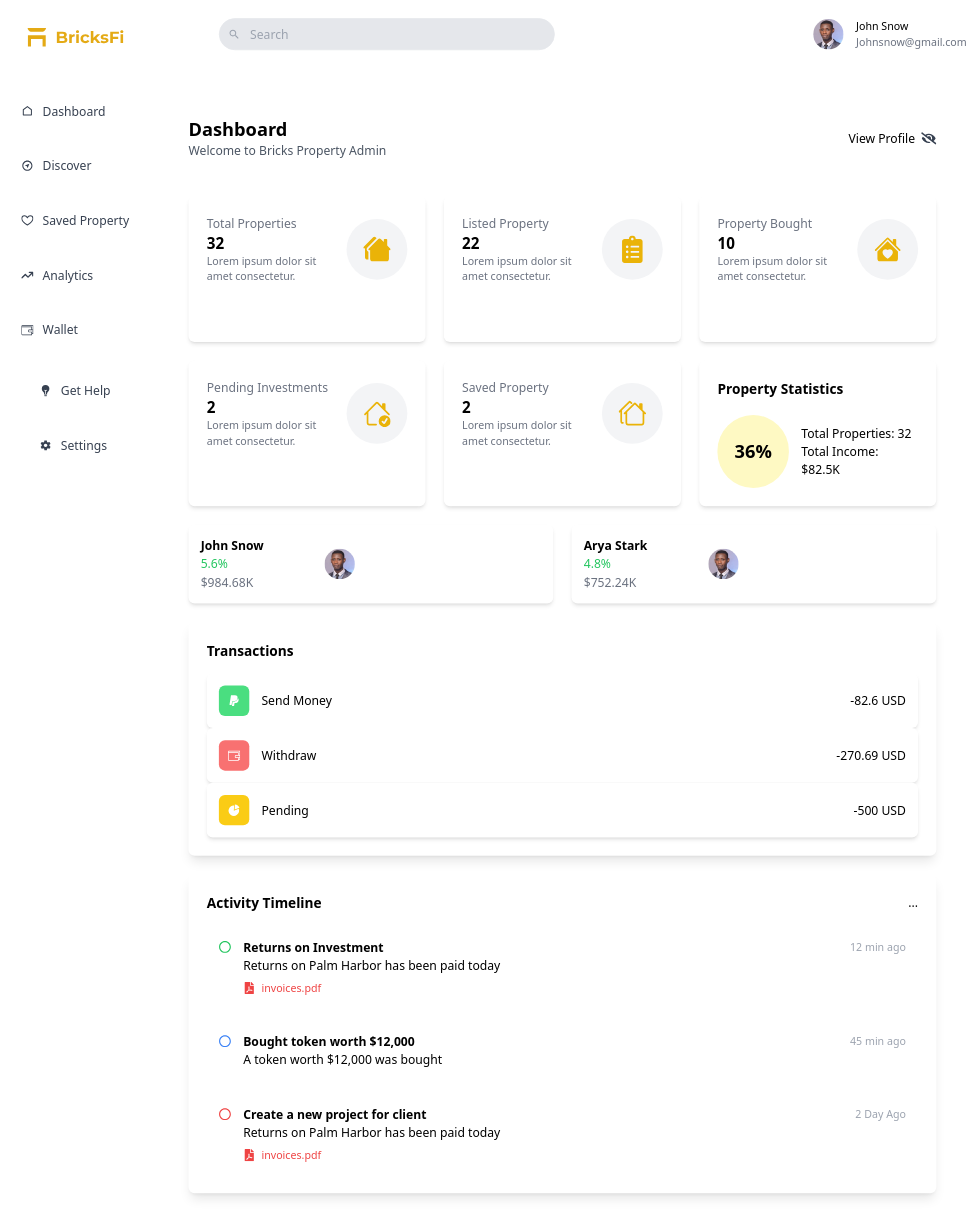
Repository: AyomideAkintade/BricksFi-Frontend
Page: /dashboard (app in client/)
The author's editor kept a copy of each file at every save. The page is drawn from the files as they stood at one save, then again after a run of saves.
The browser window is 1280 px wide. The pictures show the whole page, at 76% of full size.
The page's requests for data from a server got no answer. The project was rebuilt for these pictures with package versions that can differ from the ones it lists, and the page was loaded fresh each time. No one was signed in, and anything a server would have sent is missing. Also part of the build but not shown: client/src/components/navbar.jsx, client/src/components/home.jsx, client/src/components/homeSecond.jsx, client/src/components/homeThird.jsx, client/src/components/homeFifth.jsx, client/src/components/homeSixth.jsx, client/src/components/homeSeventh.jsx, client/src/api/base.js and 11 more.

Above is the page before, as saved 2024-10-04 23:13:29.

### client/src/index.css
@import "tailwindcss/base";
@import "tailwindcss/components";
@import "tailwindcss/utilities";


@font-face {
  font-family: Poppins;
  src: url(/src/assets/fonts/Poppins-Regular.ttf) format("truetype"), url(/src/assets/fonts/Poppins-Bold.ttf) format("truetype"), url(/src/assets/fonts/Poppins-Medium.ttf) format("truetype");

}

### client/src/pages/dashboardLayout.jsx
import React from 'react';
import Sidebar from '../components/sidebar';
import Header from '../components/header';
import { Outlet } from 'react-router-dom';

const DashboardLayout = () => {
  return (
    <div className="flex">
      {/* Sidebar */}
      <Sidebar />

      <div className="flex-1 ml-[200px]">
        {/* Header */}
        <Header />

        <div className="p-6 pt-10">
          {/* Outlet will render the child routes here */}
          <Outlet />
        </div>
      </div>
    </div>
  );
};

export default DashboardLayout;

### client/src/pages/dashboard.jsx
import React from 'react';
import DashboardStats from '../components/statCard';
import TopInvestors from '../components/investorCard';
import Transactions from '../components/transaction';
import ActivityTimeline from '../components/activity';
import { FaEyeSlash } from 'react-icons/fa'; // Make sure to import the icon

const Dashboard = () => {
  return (
    <div className="flex flex-col">
      <div className="flex justify-between p-6">
        <div>
          <h2 className="text-2xl font-semibold">Dashboard</h2>
          <p className="text-gray-600">Welcome to Bricks Property Admin</p>
        </div>
        <div className="flex items-center space-x-2">
          <span>View Profile</span>
          <FaEyeSlash className="text-gray-700 text-xl" />
        </div>
      </div>
      <div className="p-6">
        {/* Dashboard Stats */}
        <DashboardStats />

        {/* Top Investors and Property Stats */}
        <div className=" mt-6">
          <TopInvestors />

        </div>

        {/* Transactions Section */}
        <div className="mt-6">
          <Transactions />
        </div>

        {/* Activity Timeline */}
        <div className="mt-6">
          <ActivityTimeline />
        </div>
      </div>
    </div>
  );
};

export default Dashboard;

### client/src/utils/storage/cookies.js

// eslint-disable-next-line no-unused-vars
class BrCookies {

    constructor(document) {
        this.document = document || (typeof document !== "undefined" ? document : null);
    }

    /**
     *
     * @param {Array<CookieData>} dataList
     */

    saveCookies(dataList){

        if (!Array.isArray(dataList)) {
            throw new Error("Data list must be an array.");
        }

        for (const data of dataList) {
            if (!(data instanceof CookieData)) {
                throw new Error("Invalid cookie data format.");
            }

            // save each cookie
            let cookieValue = `${data.name}=${data.value}; expires=${data.expiryDate.toUTCString()}; path=/`;

            // Set SameSite=None if running on localhost
            if (window.location.hostname !== 'localhost') {

                cookieValue += '; SameSite=Strict; Secure'
            }

            this.document.cookie = cookieValue;
        }
    }

    async getCookie(name) {
        return new Promise((resolve, reject) => {
          const cookies = this.document.cookie.split('; ');
          for (const cookie of cookies) {
            const [cookieName, cookieValue] = cookie.split('=');
            if (cookieName === name) {
              resolve(cookieValue);
              return;
            }
          }
          reject(new Error(`Cookie with name ${name} not found.`));
        });
    }

    removeCookie(name) {
        this.document.cookie = name + "=;Path=/;expires=Thu, 01 Jan 1970 00:00:00 GMT";
    }

    removeAllCookies() {
        const cookies = this.document.cookie.split(";");
        for (var i = 0; i < cookies.length; i++) {
            const cookie = cookies[i];
            const eqPos = cookie.indexOf("=");
            const name = eqPos > -1 ? cookie.substr(0, eqPos) : cookie;
            document.cookie = name + "=;Path=/;expires=Thu, 01 Jan 1970 00:00:00 GMT";
        }
    }
}


class CookieData {
    constructor(name, value, expiryDate) {

        if (typeof name !== "string" || typeof value !== "string" || !(expiryDate instanceof Date) || name.length === 0) {
            throw new Error("Invalid CookieData format.");
        }

        this.name = name;
        this.value = value;
        this.expiryDate = expiryDate;
    }
}

function createCookieDate(timeInSec) {

    const timeInDays = timeInSec / (3600 * 24);

    const currentDate = new Date();

    const futureDate = new Date();
    futureDate.setDate(currentDate.getDate() + timeInDays);


    return futureDate
}


export { BrCookies, CookieData, createCookieDate };

### client/src/components/sidebar.jsx
import React from 'react';
import { Link } from 'react-router-dom';
import { RiHomeLine } from "react-icons/ri";
import { RiCompassDiscoverLine } from "react-icons/ri";
import { GrFavorite } from "react-icons/gr";
import { FaArrowTrendUp } from "react-icons/fa6";
import { TfiWallet } from "react-icons/tfi";
import { IoBulbSharp } from "react-icons/io5";
import { IoMdSettings } from "react-icons/io";
import BricksFi from "../assets/bricksfi.svg"

const Sidebar = () => {
  return (
    <aside className="bg-white h-screen w-[15%] fixed p-3 min-w-[200px]">
      <div className="p-6">
        <img
        src={BricksFi}
        alt='BricksFi'
        className='w-full'
        />
      </div>
      <nav className="mt-8">
        <ul className="space-y-4">
          <li className="p-4 hover:bg-yellow-100">
            <Link to="/dashboard" className="flex items-center text-gray-700">
              <RiHomeLine className="mr-3" /> Dashboard
            </Link>
          </li>
          <li className="p-4 hover:bg-yellow-100">
            <Link to="/dashboard/discover" className="flex items-center text-gray-700">
              <RiCompassDiscoverLine className="mr-3" /> Discover
            </Link>
          </li>
          <li className="p-4 hover:bg-yellow-100">
            <Link to="/dashboard/saved-property" className="flex items-center text-gray-700">
              <GrFavorite className="mr-3" /> Saved Property
            </Link>
          </li>
          <li className="p-4 hover:bg-yellow-100">
            <Link to="/dashboard/analytics" className="flex items-center text-gray-700">
              <FaArrowTrendUp className="mr-3" /> Analytics
            </Link>
          </li>
          <li className="p-4 hover:bg-yellow-100">
            <Link to="/dashboard/wallet" className="flex items-center text-gray-700">
              <TfiWallet className="mr-3" /> Wallet
            </Link>
          </li>
        </ul>
      </nav>
      <div className="mt-auto p-6">
        <ul className="space-y-4">
          <li className="p-4 hover:bg-yellow-100">
            <Link to="/" className="flex items-center text-gray-700">
              <IoBulbSharp className="mr-3" /> Get Help
            </Link>
          </li>
          <li className="p-4 hover:bg-yellow-100">
            <Link to="/" className="flex items-center text-gray-700">
              <IoMdSettings className="mr-3" /> Settings
            </Link>
          </li>
        </ul>
      </div>
    </aside>
  );
};

export default Sidebar;

### client/src/components/header.jsx
import React from 'react';
import COCO from "../assets/clem.jpeg"
import { IoMdSearch } from "react-icons/io";
import { IoNotificationsOutline } from "react-icons/io5";

const Header = () => {
  return (
    <div className="flex gap-10 justify-between items-center p-6 bg-white sticky top-0 z-50 px-6" >
      {/* style={{boxShadow: "1px 1px 20px -8px #0000001A"}} */}
      <div className='px-16 w-full'>
      <div className="relative w-2/3">
        <input
          type="text"
          placeholder="Search"
          className="p-2 pl-10 w-full border rounded-full bg-gray-200 text-black focus:outline-none"
        />
        <IoMdSearch className="absolute left-3 top-1/2 transform -translate-y-1/2 text-gray-400" />
      </div>
      </div>
      <div className="flex items-center space-x-4 ">
        <IoNotificationsOutline className="text-gray-700 text-2xl" />
        <img
          src={COCO}
          alt="profile"
          className="rounded-full h-10 w-10"
        />
        <div className="">
          <span className="block text-sm font-medium">John Snow</span>
          <span className="block text-sm text-gray-500">Johnsnow@gmail.com</span>
        </div>
      </div>
    </div>
  );
};

export default Header;

### client/src/components/statCard.jsx
import { BsFillHousesFill, BsHouseCheck, BsFillHouseHeartFill, BsHouses } from "react-icons/bs";
import { FaClipboardList } from "react-icons/fa";
import PropertyStatistics from '../components/propertyStatistic';


const StatCard = ({ title, value, icon, paragraph }) => {
    return (
        <div className="bg-white shadow-md rounded-lg p-6 h-48 flex flex-col justify-between">
            <div className="flex items-center space-x-4">
                <div className="flex-1">
                    <h3 className="text-gray-500">{title}</h3>
                    <h2 className="text-xl font-semibold">{value}</h2>
                    <p className="text-md text-gray-500 text-sm">{paragraph}</p>
                </div>
                <div className="flex items-center justify-center w-20 h-20 bg-gray-100 rounded-full text-yellow-500 text-4xl">
                    {icon}
                </div>
            </div>
        </div>
    );
};


const DashboardStats = () => {
    return (
        <div className="grid grid-cols-1 md:grid-cols-3 gap-6">
            <StatCard
                title="Total Properties"
                value="32"
                paragraph="Lorem ipsum dolor sit amet consectetur."
                icon={<BsFillHousesFill />}
            />
            <StatCard
                title="Listed Property"
                value="22"
                paragraph="Lorem ipsum dolor sit amet consectetur."
                icon={<FaClipboardList />}
            />
            <StatCard
                title="Property Bought"
                value="10"
                paragraph="Lorem ipsum dolor sit amet consectetur."
                icon={<BsFillHouseHeartFill />}
            />
            <StatCard
                title="Pending Investments"
                value="2"
                paragraph="Lorem ipsum dolor sit amet consectetur."
                icon={<BsHouseCheck />}
            />
             <StatCard
                title="Saved Property"
                value="2"
                paragraph="Lorem ipsum dolor sit amet consectetur."
                icon={<BsHouses />}
            />


                <PropertyStatistics />

        </div>
    );
};

export default DashboardStats;

### client/src/components/investorCard.jsx
import Clem from "../assets/clem.jpeg";


const InvestorCard = ({ name, investment, profit }) => {
    return (
      <div className="flex items-center p-4 bg-white shadow-md rounded-lg">

        <div>
          <h3 className="font-semibold">{name}</h3>
          <p className="text-green-500"> {profit}</p>
          <p className="text-gray-500"> {investment}</p>
        </div>

        <img
          src={Clem}
          alt={name}
          className="rounded-full h-10 w-10 ml-20"
        />
      </div>
    );
  };

  const TopInvestors = () => {
    return (
      <>
        {/* <h2 className="text-lg font-semibold mb-4">Top Investors</h2> */}
        <div className="grid grid-cols-1 md:grid-cols-2 gap-6">
          <InvestorCard name="John Snow" investment="$984.68K" profit="5.6%" />
          <InvestorCard name="Arya Stark" investment="$752.24K" profit="4.8%" />
        </div>
      </>
    );
  };

  export default TopInvestors;

### client/src/components/transaction.jsx
import { FaPaypal } from "react-icons/fa6";
import { TfiWallet } from "react-icons/tfi";
import { GiPieChart } from "react-icons/gi";

const TransactionItem = ({ icon, description, amount, bgColor }) => {
    return (
        <div className="flex justify-between items-center p-4 bg-white shadow-md rounded-lg">
            {/* Icon and Description in a row */}
            <div className="flex items-center space-x-4">
                {/* Icon with dynamic background and rounded shape */}
                <div className={`p-3 ${bgColor} rounded-lg text-white`}>
                    {icon}
                </div>
                <span>{description}</span>
            </div>

            {/* Amount */}
            <div>
                <span>{amount}</span>
            </div>
        </div>
    );
};

const Transactions = () => {
    return (
        <div className="bg-white p-6 shadow-lg rounded-lg">
            <h2 className="text-lg font-semibold mb-4">Transactions</h2>
            {/* Different background colors for each transaction */}
            <TransactionItem
                icon={<FaPaypal />}
                description="Send Money"
                amount="-82.6 USD"
                bgColor="bg-green-400"  // Green background
            />
            <TransactionItem
                icon={<TfiWallet />}
                description="Withdraw"
                amount="-270.69 USD"
                bgColor="bg-red-400"    // Red background
            />
            <TransactionItem
                icon={<GiPieChart />}
                description="Pending"
                amount="-500 USD"
                bgColor="bg-yellow-400" // Yellow background
            />
        </div>
    );
};

export default Transactions;

### client/src/components/activity.jsx
import React from 'react';
import { FaRegCircle, FaFilePdf } from 'react-icons/fa'; // Import necessary icons

const ActivityItem = ({ title, description, time, file, color }) => {
    return (
        <div className="flex items-start space-x-4 p-4">
            <div className="mt-1">
                {/* The color prop determines the icon color */}
                <FaRegCircle className={`${color}`} />
            </div>
            <div className="flex-1">
                <div className="flex justify-between items-center">
                    <h4 className="font-semibold">{title}</h4>
                    <span className="text-gray-400 text-sm">{time}</span>
                </div>
                <p>{description}</p>
                {file && (
                    <div className="flex items-center mt-2 text-red-500">
                        <FaFilePdf />
                        <span className="ml-2 text-sm">{file}</span>
                    </div>
                )}
            </div>
        </div>
    );
};

const ActivityTimeline = () => {
    return (
        <div className="bg-white p-6 shadow-lg rounded-lg">
            <div className="flex justify-between items-center mb-4">
                <h2 className="text-lg font-semibold">Activity Timeline</h2>
                <div>...</div>
            </div>
            <div className="space-y-4">
                <ActivityItem
                    title="Returns on Investment"
                    description="Returns on Palm Harbor has been paid today"
                    time="12 min ago"
                    file="invoices.pdf"
                    // Blue icon
                    color="text-green-500"
                />
                <ActivityItem
                    title="Bought token worth $12,000"
                    description="A token worth $12,000 was bought"
                    time="45 min ago"
                    color="text-blue-500" // Green icon
                />
                <ActivityItem
                    title="Create a new project for client"
                    description="Returns on Palm Harbor has been paid today"
                    time="2 Day Ago"
                    file="invoices.pdf"
                    color="text-red-500" // Red icon
                />
            </div>
        </div>
    );
};

export default ActivityTimeline;

### client/src/components/propertyStatistic.jsx
import React from 'react';

const PropertyStatistics = () => {
    return (
        <div className="bg-white shadow-md rounded-lg p-6 flex flex-col justify-between">
            <h2 className="text-lg font-semibold mb-4">Property Statistics</h2>
            <div className="flex items-center space-x-4">
                {/* Property Stats Circle Graph */}
                <div className="w-24 h-24 bg-yellow-100 rounded-full flex items-center justify-center">
                    <span className="text-2xl font-bold">36%</span>
                </div>
                <div>
                    <p>Total Properties: 32</p>
                    <p>Total Income: $82.5K</p>
                </div>
            </div>
        </div>
    );
};

export default PropertyStatistics;

### client/tailwind.config.js
/** @type {import('tailwindcss').Config} */
module.exports = {
  content: ["./src/**/*.{html,js,jsx}"],
  theme: {
    extend: {
      fontFamily: {
        Poppins: ['Poppins'],
      }
    },
    screens: {
      sm: '640px',
      // => @media (min-width: 640px) { ... }

      md: '768px',
      // => @media (min-width: 768px) { ... }

      lg: '1024px',
      // => @media (min-width: 1024px) { ... }

      xl: '1280px',
      // => @media (min-width: 1280px) { ... }

      '2xl': '1536px',
      // => @media (min-width: 1536px) { ... }
      'custombp': {'raw': '(min-height: 375px),(min-width:768px)'}
    },
  },
  plugins: [],
}

Loaded but not shown: client/public/index.html (common file); client/src/index.js (common file); client/src/reportWebVitals.js (common file); client/src/App.js (79 lines, source omitted)

After the next 2 saves:
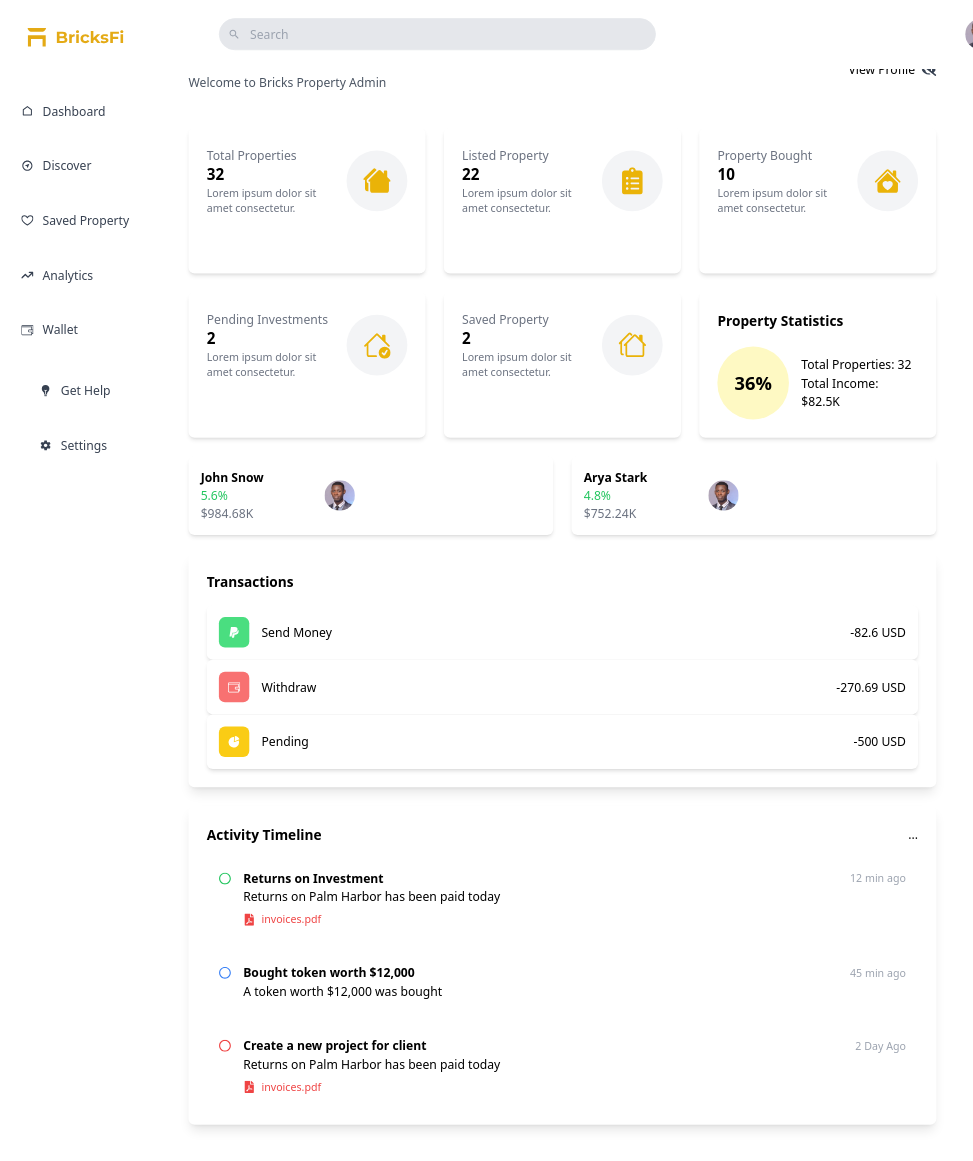
The 2 saves are shown as one change because they came seconds apart.
The last was saved 13 s later.
--- a/client/src/components/header.jsx
+++ b/client/src/components/header.jsx
@@ -5,7 +5,7 @@
 
 const Header = () => {
   return (
-    <div className="flex gap-10 justify-between items-center p-6 bg-white sticky top-0 z-50 px-6" >
+    <div className="w-full flex gap-10 justify-between items-center p-6 bg-white fixed top-0 z-50 px-6" >
       {/* style={{boxShadow: "1px 1px 20px -8px #0000001A"}} */}
       <div className='px-16 w-full'>
       <div className="relative w-2/3">

After the save that followed:
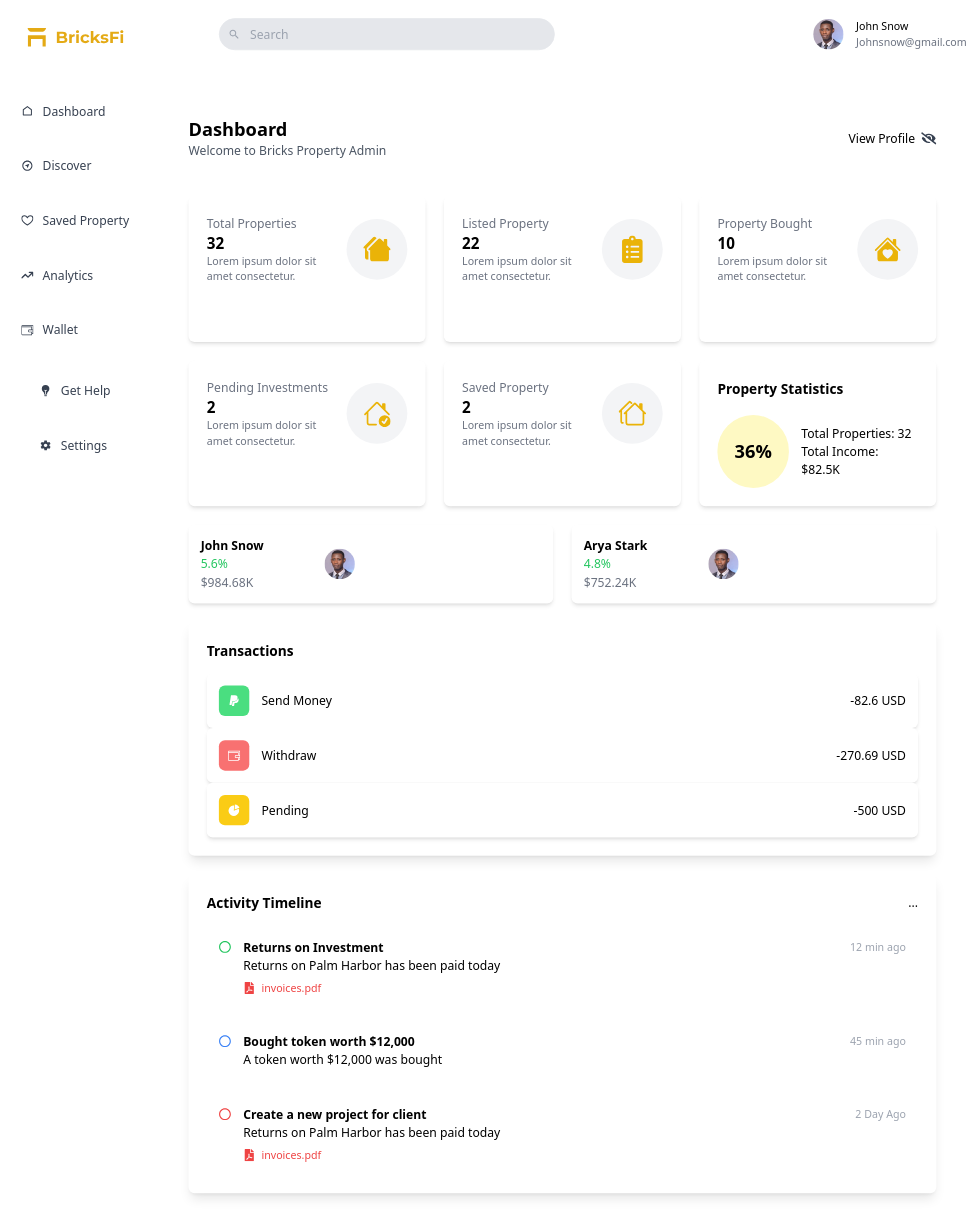
Saved 18 s later.
--- a/client/src/components/header.jsx
+++ b/client/src/components/header.jsx
@@ -5,7 +5,7 @@
 
 const Header = () => {
   return (
-    <div className="w-full flex gap-10 justify-between items-center p-6 bg-white fixed top-0 z-50 px-6" >
+    <div className="w-full flex gap-10 justify-between items-center p-6 bg-white sticky top-0 z-50 px-6" >
       {/* style={{boxShadow: "1px 1px 20px -8px #0000001A"}} */}
       <div className='px-16 w-full'>
       <div className="relative w-2/3">
